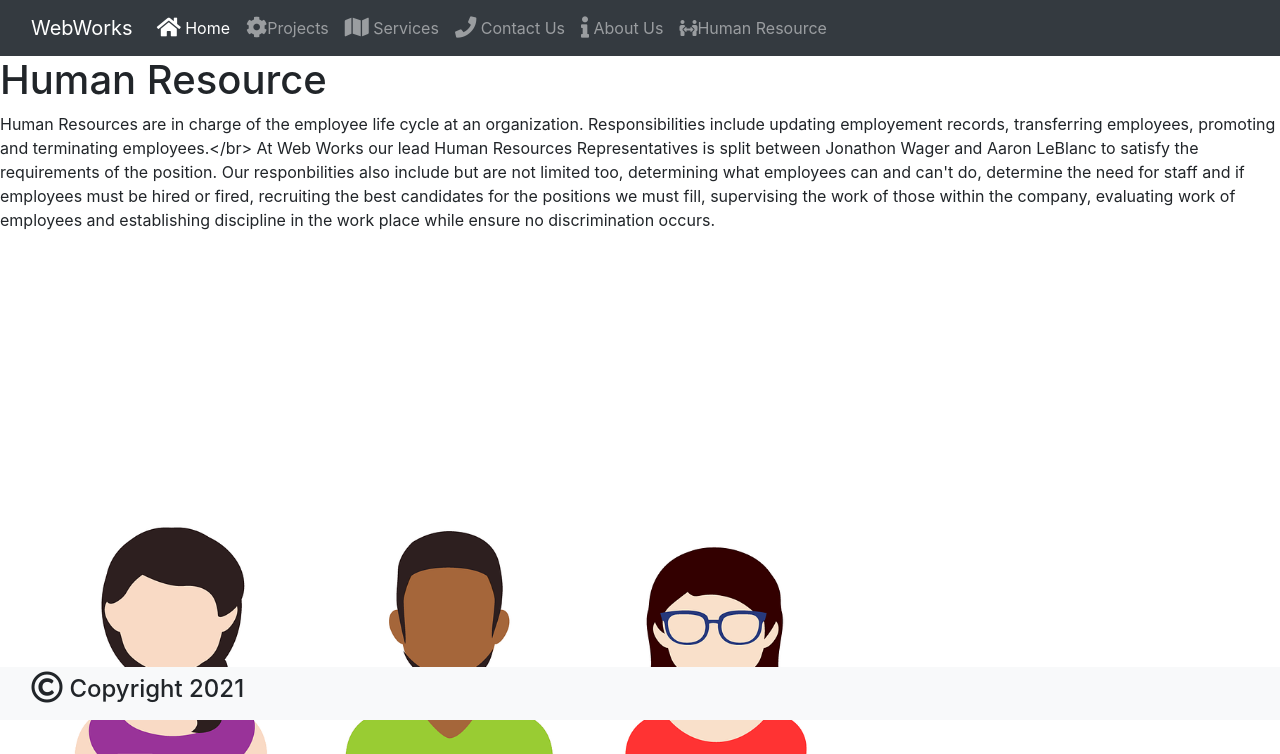
Repository: JonathonWager/Webd6202Lab1
Page: human_resource.html
The author's editor kept a copy of each file at every save. The page is drawn from the files as they stood at one save, then again after the next save.
The browser window is 1280 px wide. The pictures show the whole page.

Above is the page before, as saved 2021-02-05 20:30:59.
Not found: Content/app.css

After the next save:
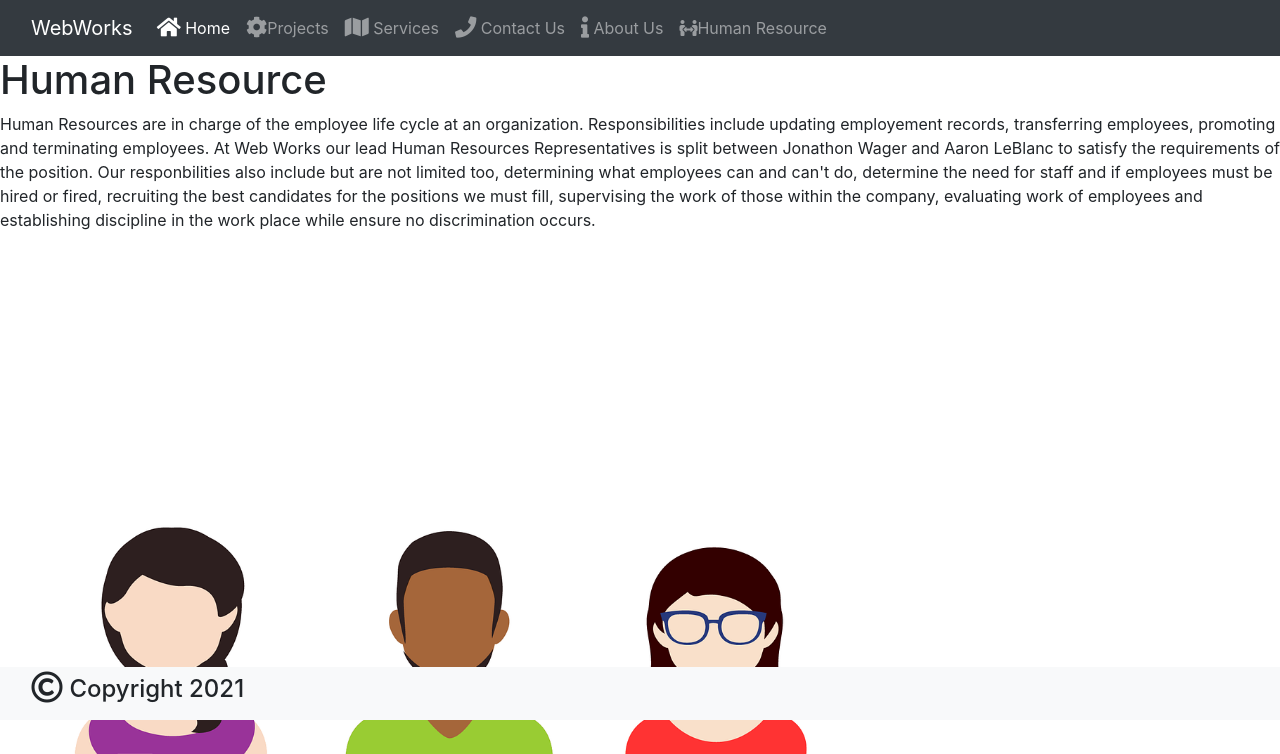
Saved 40 s later.
--- a/Scripts/app.js
+++ b/Scripts/app.js
@@ -165,7 +165,7 @@
 
     function displayHumanResource()
     {
-      let paragraphOneText = "Human Resources are in charge of the employee life cycle at an organization. Responsibilities include updating employement records, transferring employees, promoting and terminating employees.</br> At Web Works our lead Human Resources Representatives is split between Jonathon Wager and Aaron LeBlanc to satisfy the requirements of the position.  Our responbilities also include but are not limited too, determining what employees can and can't do, determine the need for staff and if employees must be hired or fired, recruiting the best candidates for the positions we must fill, supervising the work of those within the company, evaluating work of employees and establishing discipline in the work place while ensure no discrimination occurs.";
+      let paragraphOneText = "Human Resources are in charge of the employee life cycle at an organization. Responsibilities include updating employement records, transferring employees, promoting and terminating employees. At Web Works our lead Human Resources Representatives is split between Jonathon Wager and Aaron LeBlanc to satisfy the requirements of the position. Our responbilities also include but are not limited too, determining what employees can and can't do, determine the need for staff and if employees must be hired or fired, recruiting the best candidates for the positions we must fill, supervising the work of those within the company, evaluating work of employees and establishing discipline in the work place while ensure no discrimination occurs.";
 
       let projectsDiv1 = document.getElementById("HRcontent");
 
